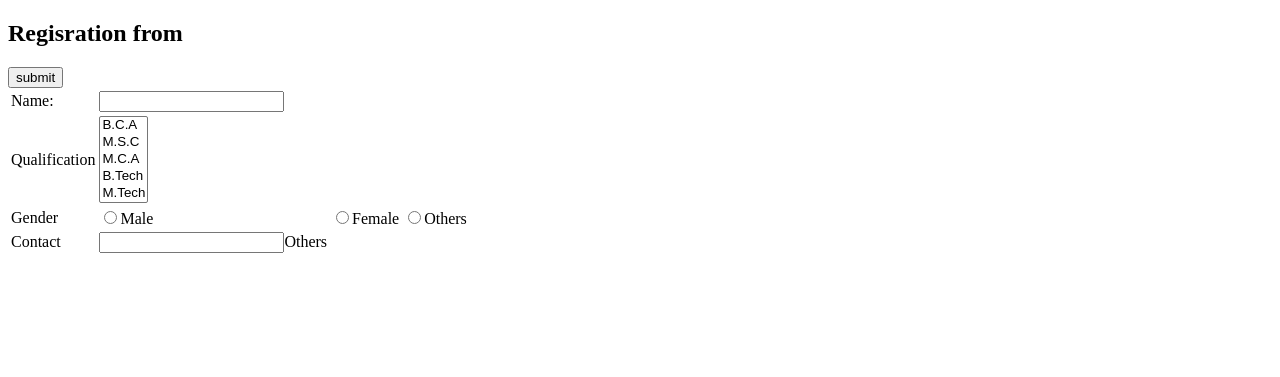
Repository: veeresh-kc/Servlet-Projects
Page: Servelet-Project-Demo2/src/main/webapp/html/index.html
An editor plug-in stored every save of this project. The page is shown before and after the next save, followed by the edit.
The browser window is 1280 px wide. The pictures show the whole page.

Above is the page before, as saved 2025-10-28 14:09:35.

After the next save:
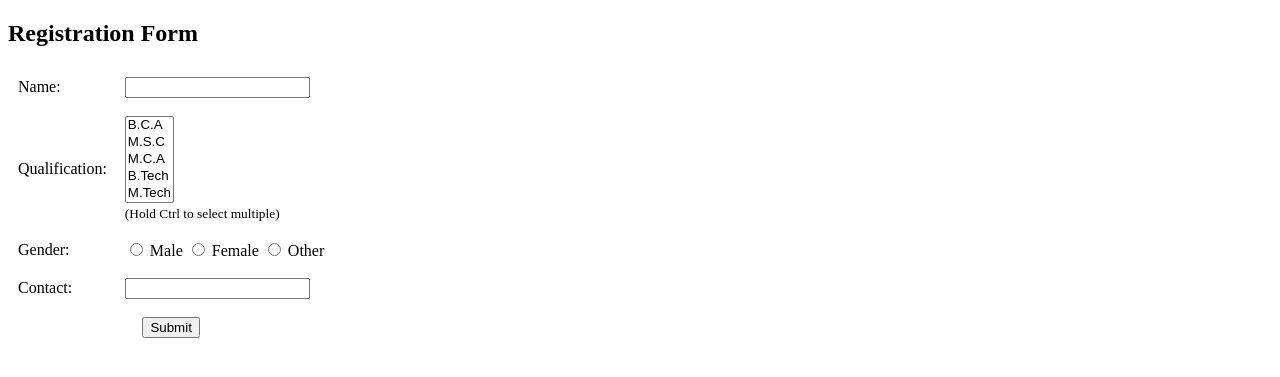
Saved 4 min 58 s later.
--- a/Servelet-Project-Demo2/src/main/webapp/html/index.html
+++ b/Servelet-Project-Demo2/src/main/webapp/html/index.html
@@ -2,38 +2,53 @@
 <html>
 <head>
 <meta charset="ISO-8859-1">
-<title>Regisration from</title>
+<title>Registration Form</title>
 </head>
 <body>
-<h2>Regisration from</h2>
-<form action="RegistratationServlet/register" method="post">
-<table>
-	<tr>
-	<td>Name:</td>
-	<td><input type="text" name="participantName"></td>
-	</tr>
-	<tr>
-	<td>Qualification</td>
-	<td><select size="5" name="qualification">
-	<option value="BCA">B.C.A</option>
-	<option value="MSC">M.S.C</option>
-	<option value="MCA">M.C.A</option>
-	<option value="BTch">B.Tech</option>
-	<option value="MTech">M.Tech</option>
-	</select></td>
-	</tr>
-	<tr>
-	<td>Gender</td>
-	<td><input type="radio" name="gender">Male</td>
-	<td><input type="radio" name="gender">Female</td>
-	<td><input type="radio" name="gender">Others</td>
-	</tr>
-	<tr>
-	<td>Contact</td>
-	<td><input type="text" name="contact">Others</td>
-	</tr>
-	<button>submit</button>
+<h2>Registration Form</h2>
+
+<form action="RegistrationServlet" method="post">
+<table cellpadding="8">
+    <tr>
+        <td>Name:</td>
+        <td><input type="text" name="participantName" required></td>
+    </tr>
+
+    <tr>
+        <td>Qualification:</td>
+        <td>
+            <select size="5" name="qualification" multiple>
+                <option value="BCA">B.C.A</option>
+                <option value="MSC">M.S.C</option>
+                <option value="MCA">M.C.A</option>
+                <option value="BTech">B.Tech</option>
+                <option value="MTech">M.Tech</option>
+            </select>
+            <br><small>(Hold Ctrl to select multiple)</small>
+        </td>
+    </tr>
+
+    <tr>
+        <td>Gender:</td>
+        <td>
+            <input type="radio" name="gender" value="Male"> Male
+            <input type="radio" name="gender" value="Female"> Female
+            <input type="radio" name="gender" value="Other"> Other
+        </td>
+    </tr>
+
+    <tr>
+        <td>Contact:</td>
+        <td><input type="text" name="contact" required></td>
+    </tr>
+
+    <tr>
+        <td colspan="2" align="center">
+            <button type="submit">Submit</button>
+        </td>
+    </tr>
 </table>
 </form>
+
 </body>
 </html>
